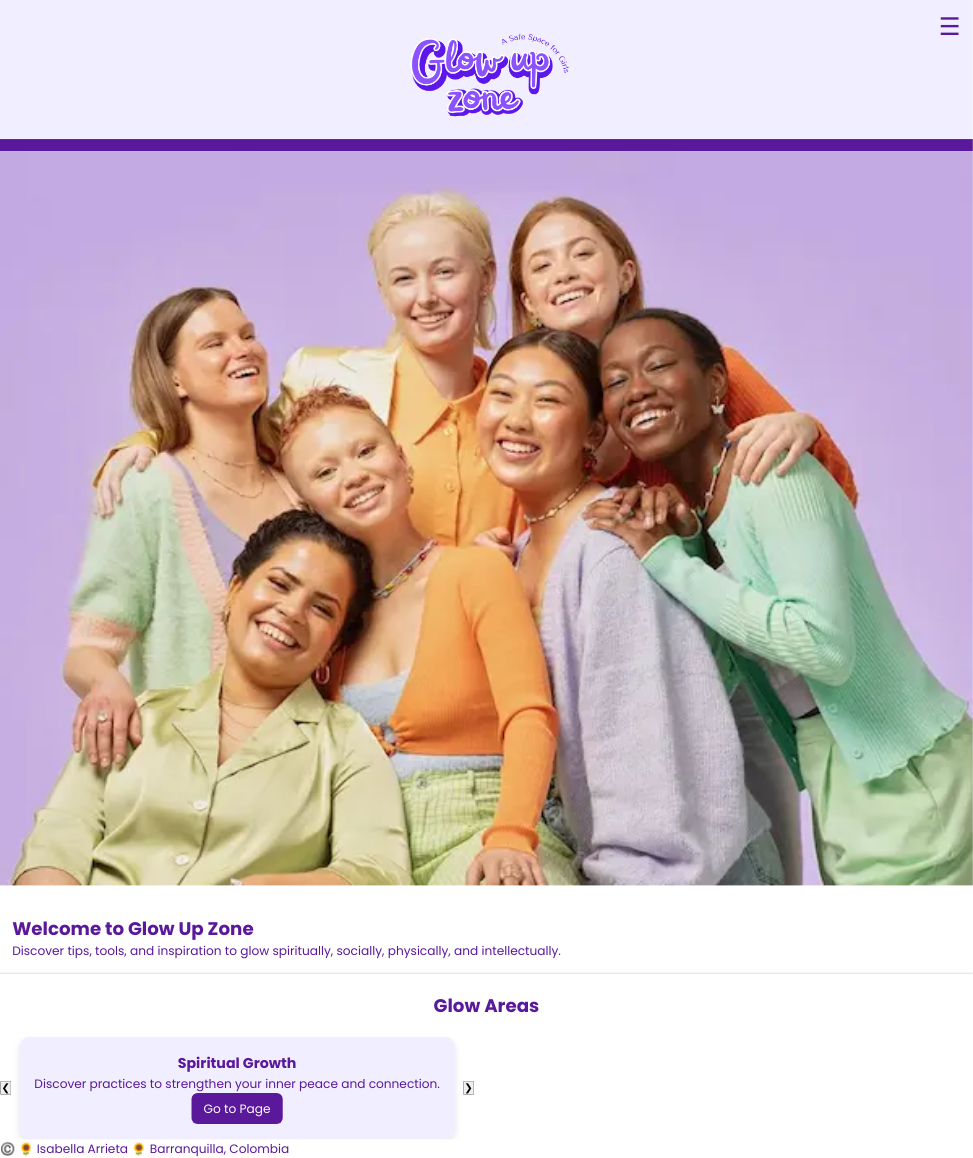
Repository: isaAJ05/wdd131
Page: final-project/final-project.html
An editor plug-in stored every save of this project. The page is shown before and after the next save, followed by the edit.
The browser window is 1280 px wide. The pictures show the whole page, at 76% of full size.

Above is the page before, as saved 2025-08-09 00:57:05.

### final-project/final-project.html
<!DOCTYPE html>
<html lang="en">
<head>
    <meta charset="UTF-8">
    <meta name="viewport" content="width=device-width, initial-scale=1.0">
    <title>WDD 131 – Glow Up Zone</title>
    <meta name="description" content="WDD 131 – This website is a positive and inspiring space for girls who want to improve different areas of their lives. It will include tips and resources organized into four sections: Spiritual, Social, Physical, and Intellectual.">
    <meta name="author" content="Isabella Arrieta">
    <link rel="stylesheet" href="styles/final-project.css">
    <link rel="stylesheet" href="styles/final-project-large.css">
    <link rel="preconnect" href="https://fonts.googleapis.com">
    <link rel="preconnect" href="https://fonts.gstatic.com" crossorigin>
    <link href="https://fonts.googleapis.com/css2?family=Nunito:wght@300;400;700&family=Poppins:wght@400;600;700&family=Quicksand:wght@400;500;700&display=swap" rel="stylesheet">
    <script src="scripts/final-project.js" defer></script>
</head>
<body>
    <header>
        <div class="title">
            <img src="images/logo.png" alt="" title="">
        </div>
        <button type="button" id="menu" title="Hambutton"></button>
        <nav>
            <ul class="navigation">
			<li><a href="#" class="home">Home</a></li>
			<li><a href="#" class="old">Old</a></li>
			<li><a href="#" class="new">New</a></li>
			<li><a href="#" class="large">Large</a></li>
			<li><a href="#" class="small">Small</a></li>
		</ul>
        </nav>
    </header>
    <main>
        <div class="hero">
            <picture>
            <source media="(min-width: 700px)" srcset="">
            <img src="images/glow-2.webp" alt="" title="">
            </picture>
        </div>
        <section >
                <div class="one">
                <h1>Welcome to Glow Up Zone</h2>
                <p>Discover tips, tools, and inspiration to glow spiritually, socially, physically, and intellectually.</p>
                </div>
        </section>
        <h2>Glow Areas</h2>
        <section class="cards">
        <button class="arrow left">&#10094;</button>
        <div class="cards-container">
            <div class="card">
                <div class="card2">
            <h3 id="card-title"></h3>
            <p id="card-text"></p>
            <a id="card-link" href="#" class="btn">Go to Page</a>
            </div>
            </div>
            </div>
        </div>
        <button class="arrow right">&#10095;</button>
        </section>

    </main>
    <footer>
            <p>
            ©️<span id="currentyear"></span> 🌻 Isabella Arrieta 🌻 Barranquilla, Colombia
        </p>
        <p class="last-modified">
            <span id="lastModified"></span>
        </p>
    </footer>

</body>
</html>

### final-project/styles/final-project.css
:root {
    --primary-color: #5a189a;
    --secondary-color: #fa198b;
    --thirdary-color: #ff6f91;
    --accent-color: #3a86ff;
    --background-color: #f1efff;
    --font-one: "Poppins", sans-serif;
    --font-two: "Nunito", sans-serif;
    --font-three: "Quicksand", sans-serif;
}
* {
    box-sizing: border-box;
    margin: 0;
    padding: 0;
}

body {
    font-family: var(--font-one);
    color: var(--primary-color);
}

.title {
    text-align: center;
    background-color: var(--background-color);
}
.title img {
    width: 350px;
    height: auto;
}
.hero img{
    width: 100%;
    height: auto;
}
.one{
  border-bottom: #D6D6D6 1px solid;
  padding: 1rem;
  margin: 1rem 0;
}
nav{
    display: block;
    background-color: var(--primary-color);
}

#menu {
	font-size: 2rem;
	border: 0;
	background: none;
	position: absolute;
	top: 1rem;
	right: 1rem;
}

#menu::before {
	content: "☰";
    color: var(--primary-color);
}

#menu.open::before {
	content: "✖";
    color: white;
}

.navigation {
	list-style: none;
	display: flex;
	flex-direction: column;
    color: #fff;
    padding-top: 1rem;
    background-color: none;
}

.navigation a {
	display: none;
	color: #fff;
	text-align: center;
	text-decoration: none;
    padding: 0.5rem;
    font-size: 1rem;


}

.navigation a:hover {
	text-decoration: underline;
	background-color: #eee;
	color: #000;
}
.open a {
	display: block;
}
.open img{
    display: none;
}
h2{
    padding: 0.5rem;
    margin: 1rem 0;
    text-align: center;
}
.cards {
    position: relative;
    display: flex;
    align-items: center;
    overflow: hidden;
    width: 100%;
}



.card {
    min-width: 80%;
    margin: 0 10px;
    padding: 20px;
    background: var(--background-color);
    border-radius: 15px;
    box-shadow: 0 4px 10px rgba(0,0,0,0.1);
    text-align: center;
}
.card {
    min-width: 80%;
    margin: 0 10px;
    padding: 20px;
    background: var(--background-color);
    border-radius: 15px;
    box-shadow: 0 4px 10px rgba(0,0,0,0.1);
    text-align: center;


.card h3 {
    color: var(--primary-color);
    margin-bottom: 10px;
}

.card p {
    font-size: 0.9rem;
    margin-bottom: 15px;
}

.btn {
    display: inline-block;
    background: var(--primary-color);
    color: white;
    padding: 8px 16px;
    border-radius: 8px;
    text-decoration: none;
}

.arrow {
    background: none;
    border: none;
    font-size: 2rem;
    cursor: pointer;
    color: var(--primary-color);
}

### final-project/scripts/final-project.js
const hamButton = document.querySelector('#menu');
const navigation = document.querySelector('.navigation');
const title = document.querySelector('.title');

hamButton.addEventListener('click', () => {
	navigation.classList.toggle('open');
    hamButton.classList.toggle('open');
    title.classList.toggle('open');
});
const cardsData = [
    {
        title: "Spiritual Growth",
        text: "Discover practices to strengthen your inner peace and connection.",
        link: "spiritual.html"
    },
    {
        title: "Social Skills",
        text: "Learn how to connect, communicate, and build strong relationships.",
        link: "social.html"
    },
    {
        title: "Intellectual Growth",
        text: "Boost your mind with tips, knowledge, and creative thinking.",
        link: "intellectual.html"
    },
    {
        title: "Physical Wellness",
        text: "Stay active and healthy with routines and self-care habits.",
        link: "physical.html"
    }
];

let currentIndex = 0;

const cardTitle = document.getElementById("card-title");
const cardText = document.getElementById("card-text");
const cardLink = document.getElementById("card-link");

function updateCard() {
    cardTitle.textContent = cardsData[currentIndex].title;
    cardText.textContent = cardsData[currentIndex].text;
    cardLink.href = cardsData[currentIndex].link;
}

document.querySelector(".arrow.right").addEventListener("click", () => {
    currentIndex = (currentIndex + 1) % cardsData.length; // Avanza y vuelve al inicio
    updateCard();
});

document.querySelector(".arrow.left").addEventListener("click", () => {
    currentIndex = (currentIndex - 1 + cardsData.length) % cardsData.length; // Retrocede y vuelve al final
    updateCard();
});

updateCard();

Loaded but not shown: final-project/styles/final-project-large.css (no copy from this time; the picture is the same without it)

After the next save:
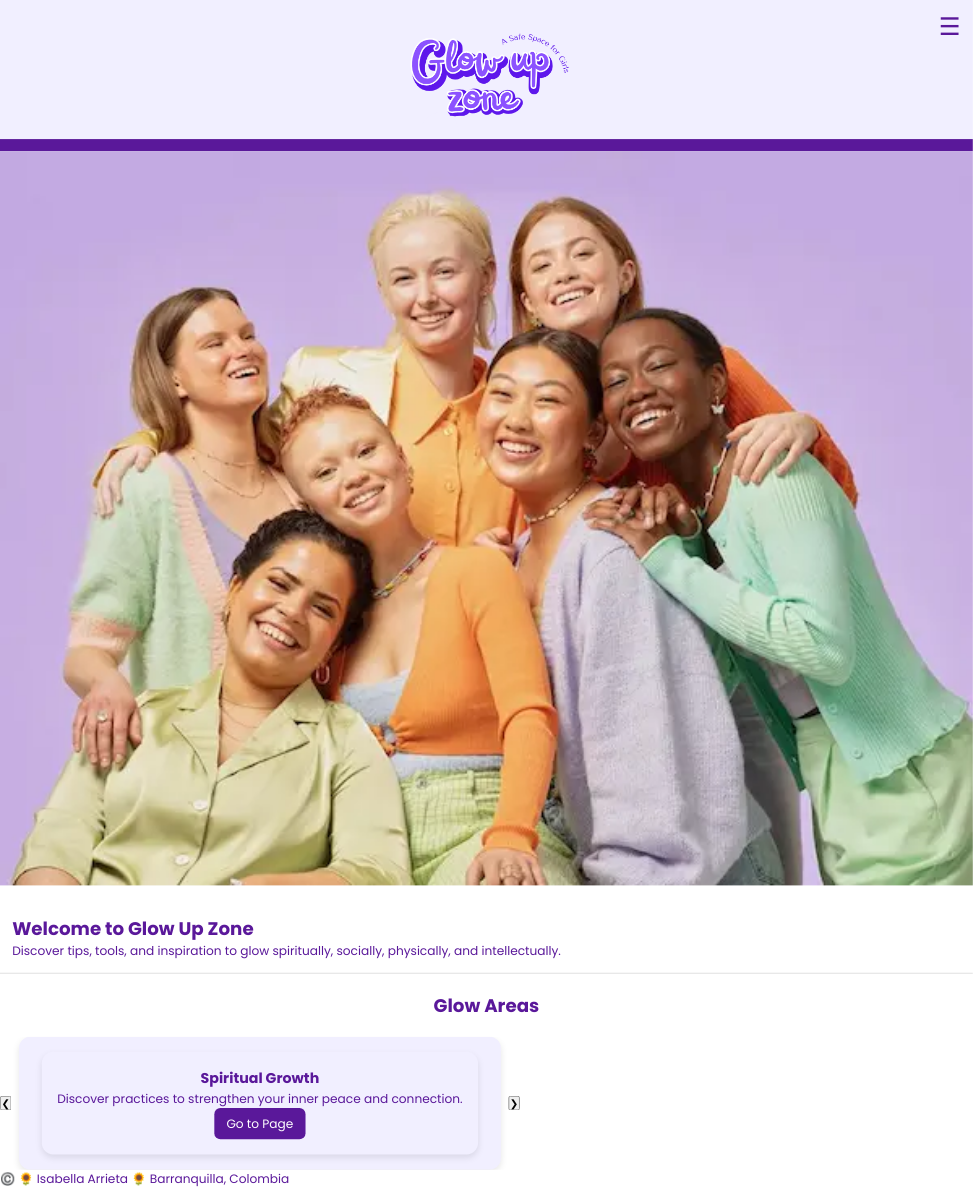
Saved 4 s later.
--- a/final-project/styles/final-project.css
+++ b/final-project/styles/final-project.css
@@ -115,7 +115,7 @@ h2{
     box-shadow: 0 4px 10px rgba(0,0,0,0.1);
     text-align: center;
 }
-.card {
+.card2 {
     min-width: 80%;
     margin: 0 10px;
     padding: 20px;
